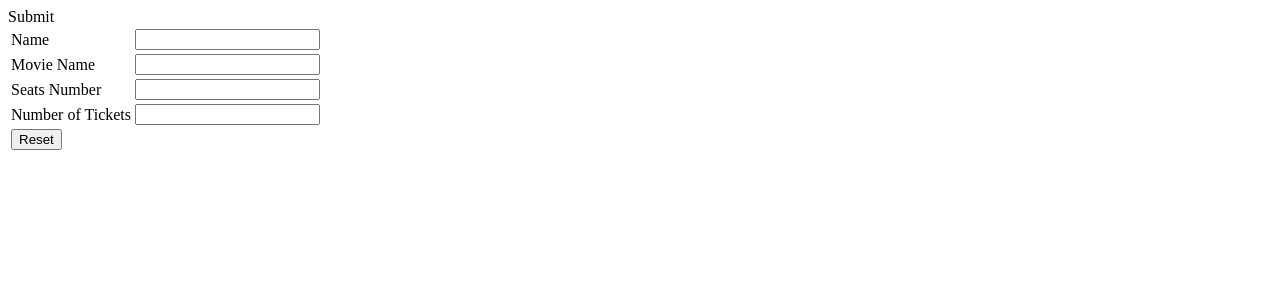
Repository: kishangk10/AllJava
Page: eclipse-workspace/project.bookmyshow/src/main/webapp/input.html
The author's editor kept a copy of each file at every save. The page is drawn from the files as they stood at one save, then again after the next save.
The browser window is 1280 px wide. The pictures show the whole page.

Above is the page before, as saved 2023-02-17 06:59:38.

### eclipse-workspace/project.bookmyshow/src/main/webapp/input.html
<!DOCTYPE html>
<html>
<head>
<meta charset="ISO-8859-1">
<title>Book My Show</title>
</head>
<body>

	<form action="data" method="post">
		<table>
			<tr>
				<td><label for="name">Name</label></td>
				<td><input type="text" id="name" name="cname"></td>
			</tr>
			<tr>
				<td><label for="mn">Movie Name</label></td>
				<td><input type="text" id="mn" name="mname"></td>
			</tr>
			<tr>
				<td><label for="tn">Seats Number</label></td>
				<td><input type="number" id="tn" name="seats"></td>
			</tr>
			<tr>
				<td><label for="tn">Number of Tickets</label></td>
				<td><input type="number" id="tn" name="tickets"></td>
			</tr>
			Submit
			</button>
			</td>
			<td><button type="reset">Reset</button></td>
			</tr>


		</table>

	</form>

</body>
</html>

After the next save:
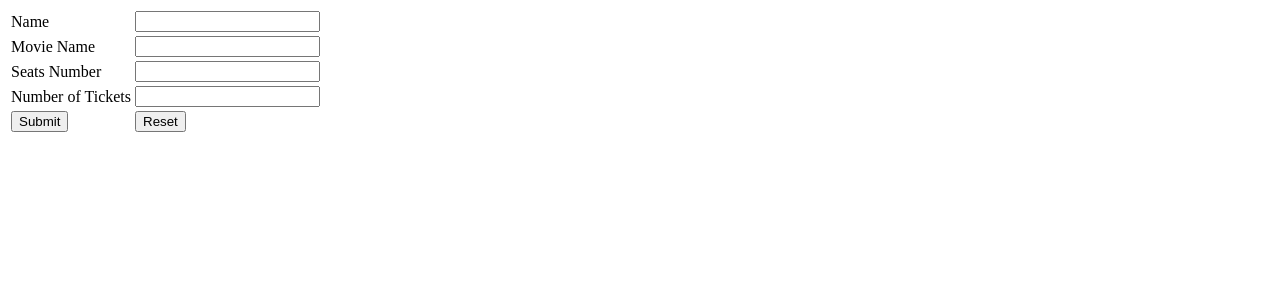
Saved 110 s later.
--- a/eclipse-workspace/project.bookmyshow/src/main/webapp/input.html
+++ b/eclipse-workspace/project.bookmyshow/src/main/webapp/input.html
@@ -24,10 +24,9 @@
 				<td><label for="tn">Number of Tickets</label></td>
 				<td><input type="number" id="tn" name="tickets"></td>
 			</tr>
-			Submit
-			</button>
-			</td>
-			<td><button type="reset">Reset</button></td>
+			<tr>
+				<td><button type="submit">Submit</button></td>
+				<td><button type="reset">Reset</button></td>
 			</tr>
 
 
